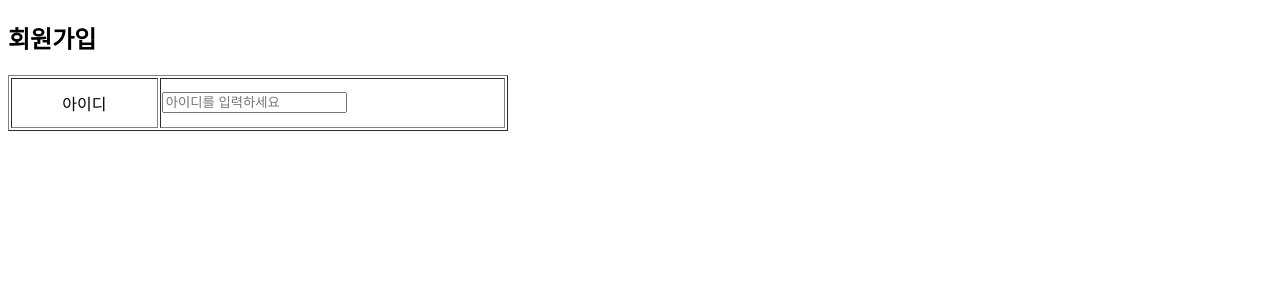
Repository: hyeongu135-ui/Jsp2026
Page: http://localhost/chapter01/Request/Requestjoin.jsp
An editor plug-in stored every save of this project. The page is shown before and after the next save, followed by the edit.
The browser window is 1280 px wide. The pictures show the whole page.
The page is served by Tomcat 9.

Above is the page before, as saved 2026-10-19 06:33:51.

### chapter01/src/main/webapp/Request/Requestjoin.jsp
<%@ page language="java" contentType="text/html; charset=UTF-8"
    pageEncoding="UTF-8" import="java.util.*"%>
<!DOCTYPE html>
<html>
<head>
<meta charset="UTF-8">
<title>Insert title here</title>
</head>
<body>
	<div class="container">
	<h2> 회원가입 </h2>

	<form action="RequestJoinProc.jsp" method="post">
		<table width="500" border="1">
			<tr height="50">
				<td align="center" width="150">아이디</td>
				<td width="350">
					<input type="text" name ="id" placeholder="아이디를 입력하세요">
				</td>
			</tr>

		</table>
	</form>
	</div>
</body>
</html>

After the next save:
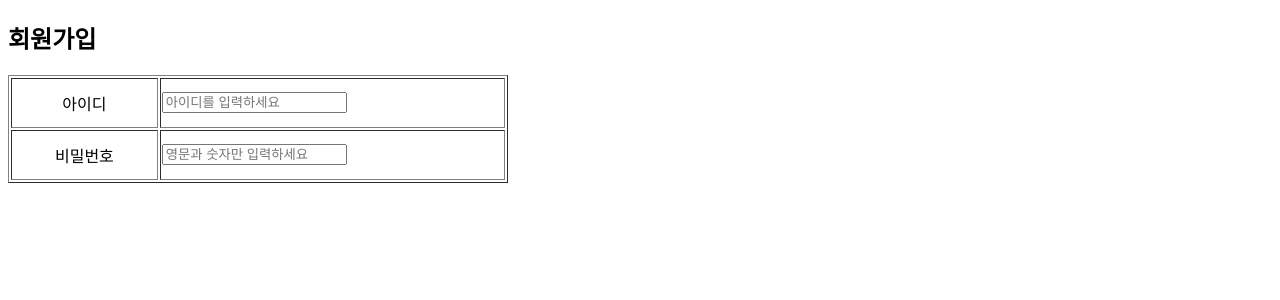
Saved 73 s later.
--- a/chapter01/src/main/webapp/Request/Requestjoin.jsp
+++ b/chapter01/src/main/webapp/Request/Requestjoin.jsp
@@ -18,6 +18,12 @@
 					<input type="text" name ="id" placeholder="아이디를 입력하세요">
 				</td>
 			</tr>
+			<tr height="50">
+				<td align="center" width="150">비밀번호</td>
+				<td width="350">
+					<input type="password" name ="pass" placeholder="영문과 숫자만 입력하세요">
+				</td>
+			</tr>
 
 		</table>
 	</form>
